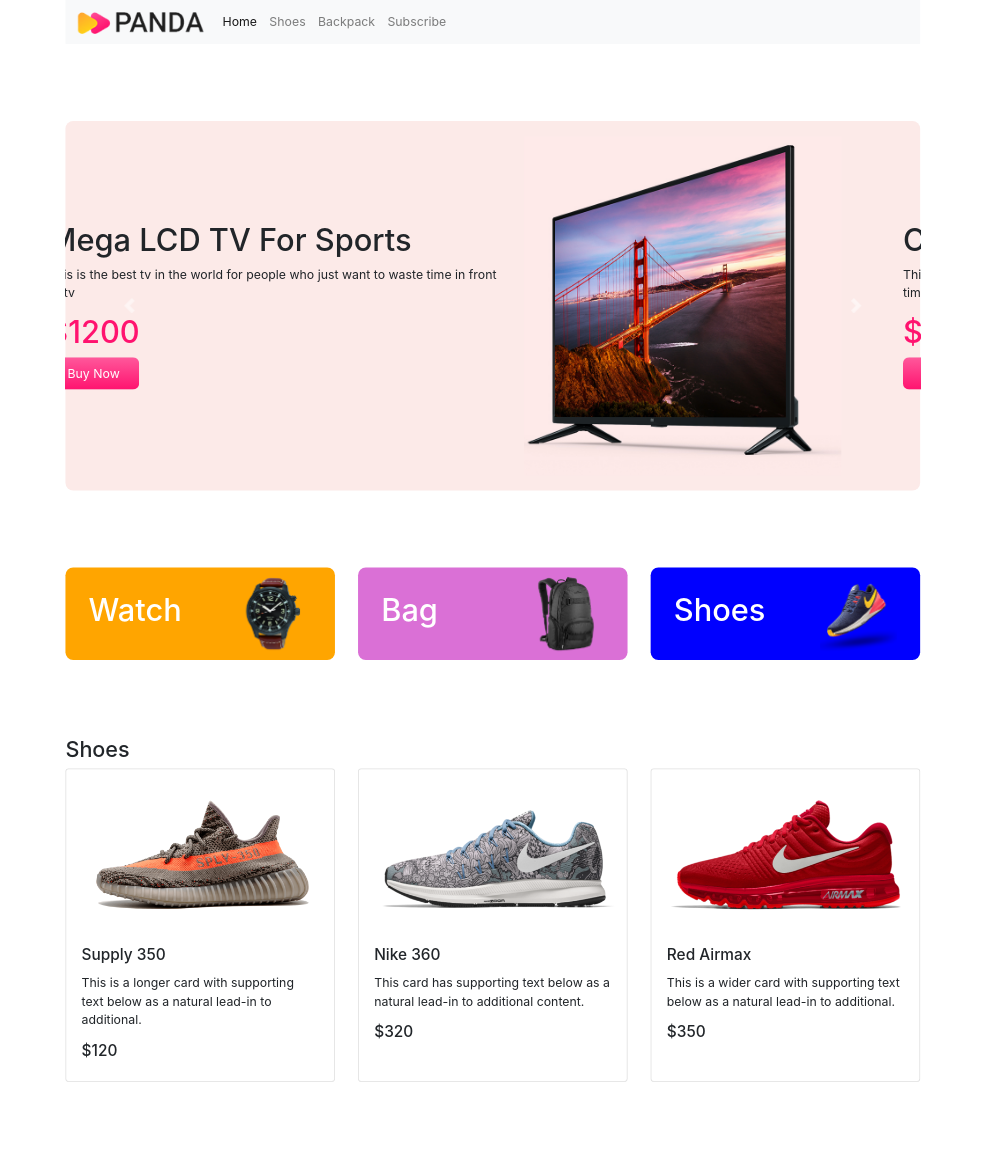
Repository: mohsinfarabi/panda-commerce
Page: index.html
The author's editor kept a copy of each file at every save. The page is drawn from the files as they stood at one save, then again after the next save.
The browser window is 1280 px wide. The pictures show the whole page, at 77% of full size.

Above is the page before, as saved 2020-07-07 03:10:32.

After the next save:
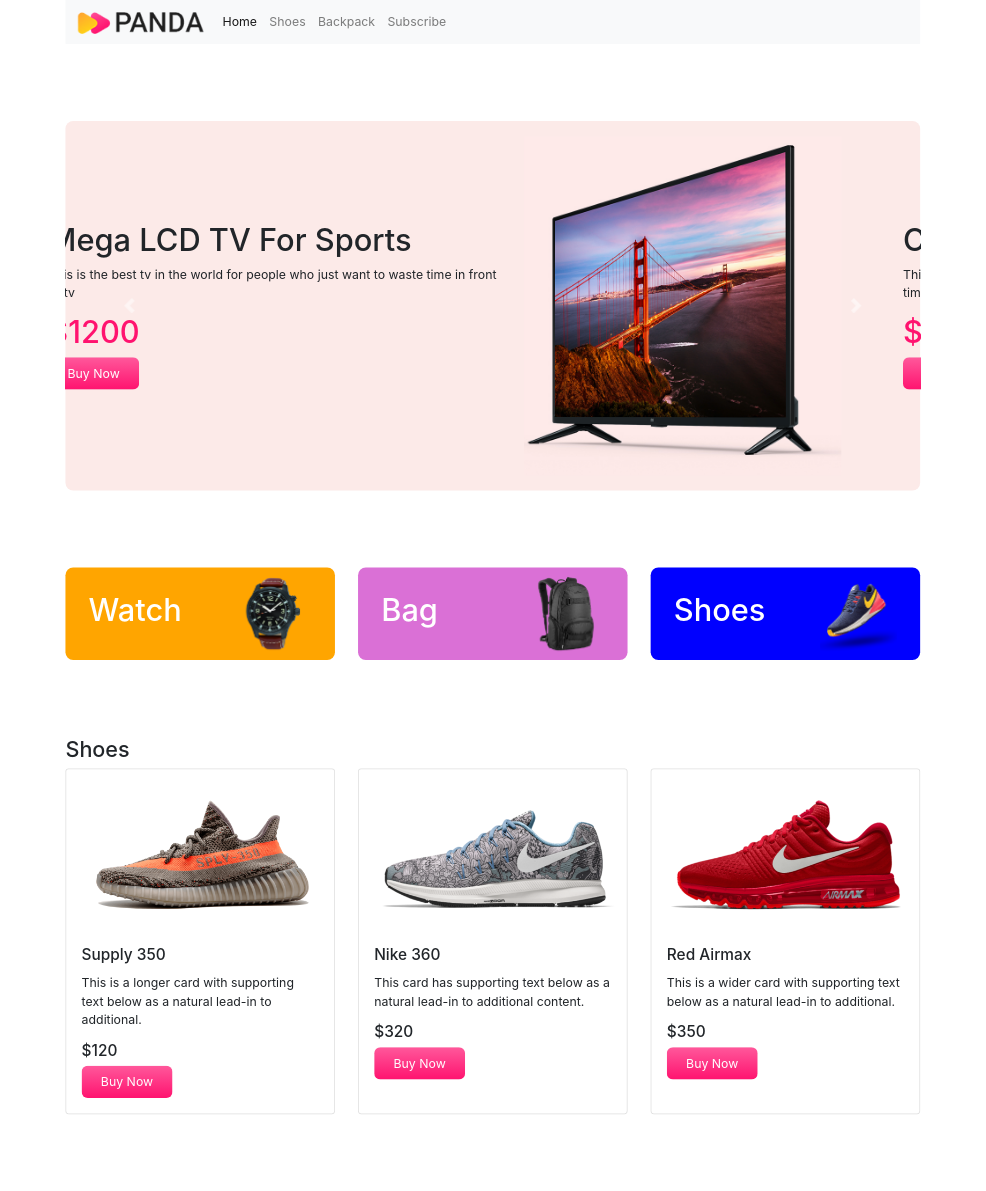
Saved 45 s later.
--- a/index.html
+++ b/index.html
@@ -120,6 +120,7 @@
                     <h5 class="card-title">Supply 350</h5>
                     <p class="card-text">This is a longer card with supporting text below as a natural lead-in to additional.</p>
                     <h5>$120</h5>
+                    <button class="buy-now-button">Buy Now</button>
                 </div>
             </div>
             <div class="card">
@@ -128,6 +129,7 @@
                     <h5 class="card-title">Nike 360</h5>
                     <p class="card-text">This card has supporting text below as a natural lead-in to additional content.</p>
                     <h5>$320</h5>
+                    <button class="buy-now-button">Buy Now</button>
                 </div>
             </div>
             <div class="card">
@@ -136,6 +138,7 @@
                     <h5 class="card-title">Red Airmax</h5>
                     <p class="card-text">This is a wider card with supporting text below as a natural lead-in to additional.</p>
                     <h5>$350</h5>
+                    <button class="buy-now-button">Buy Now</button>
                 </div>
             </div>
         </div>
